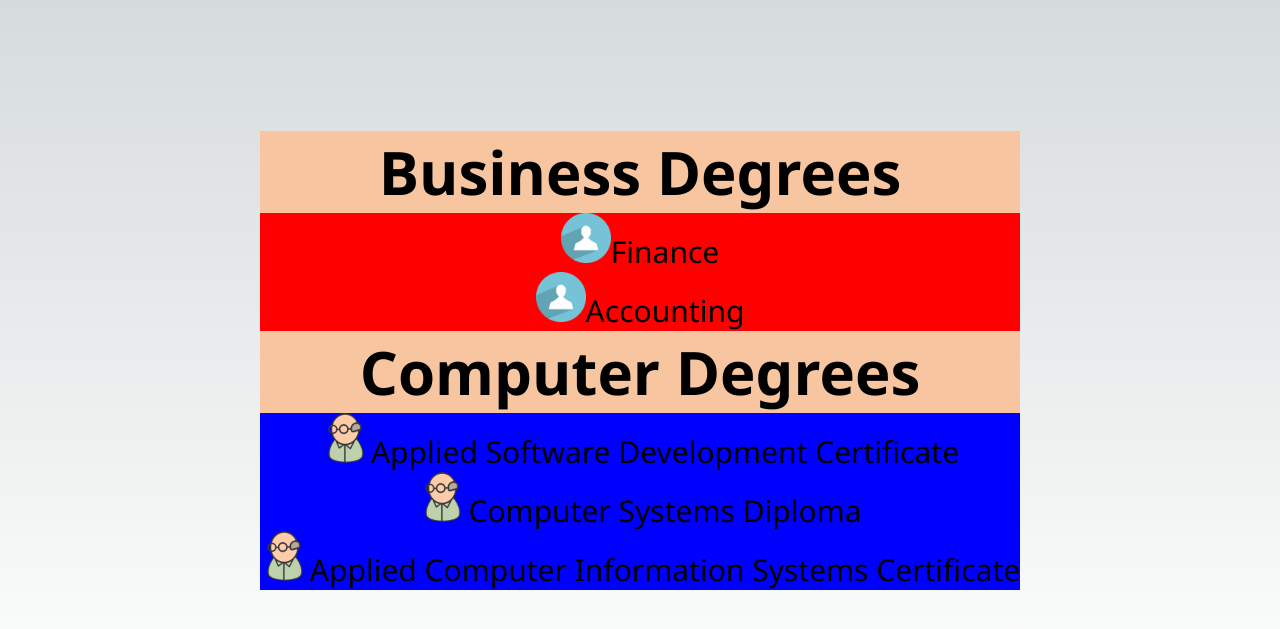
Repository: NeemaToto/mdia2109week3
Page: /
An editor plug-in stored every save of this project. The page is shown before and after the next save, followed by the edit.
The browser window is 1280 px wide. The pictures show the whole page.
The project was rebuilt for these pictures with package versions that can differ from the ones it lists, and the page was loaded fresh each time. The framework's server and built-in components were replaced by stand-ins that run in the browser. Also part of the build but not shown: next.config.js.

Above is the page before, as saved 2023-01-19 12:35:23.

### pages/index.js
import Head from 'next/head'
import Image from 'next/image'
import { Inter } from '@next/font/google'
import styles from '@/styles/Home.module.css'
import data from '../data/education.json'
import { useState } from 'react'
import Card from '../components/card'
import Link from 'next/link'

const inter = Inter({ subsets: ['latin'] })

export default function Home() {
  console.log(data);
  const [information, setInformation] = useState([...data]);

  return (
    <>
      <Head>
        <title>Departments of School</title>
        <meta name="description" content="Generated by create next app" />
        <meta name="viewport" content="width=device-width, initial-scale=1" />
        <link rel="icon" href="/degree-icon.png"/>
      </Head>
      <main className={styles.main}>
        <div className={styles.degrees}>
          <h1 className=''>Business Degrees</h1>
          {
            information && information.map((info, index) => {
              if (info.department === "Business") {
                return (
                  <Card key={index} degree={info.degree} colour="red" font="30px" />
                )
              }
            })
          }
          <h1>Computer Degrees</h1>
          {
            information && information.map((info, index) => {
              if (info.department === "Computing") {
                return (
                  <Card key={index} degree={info.degree} colour="blue" font="30px" />
                )
              }
            })
          }
        </div>
      </main>
    </>
  )
}

### styles/globals.css
:root {
  --max-width: 1100px;
  --border-radius: 12px;
  --font-mono: ui-monospace, Menlo, Monaco, 'Cascadia Mono', 'Segoe UI Mono',
    'Roboto Mono', 'Oxygen Mono', 'Ubuntu Monospace', 'Source Code Pro',
    'Fira Mono', 'Droid Sans Mono', 'Courier New', monospace;

  --foreground-rgb: 0, 0, 0;
  --background-start-rgb: 214, 219, 220;
  --background-end-rgb: 255, 255, 255;

  --primary-glow: conic-gradient(
    from 180deg at 50% 50%,
    #16abff33 0deg,
    #0885ff33 55deg,
    #54d6ff33 120deg,
    #0071ff33 160deg,
    transparent 360deg
  );
  --secondary-glow: radial-gradient(
    rgba(255, 255, 255, 1),
    rgba(255, 255, 255, 0)
  );

  --tile-start-rgb: 239, 245, 249;
  --tile-end-rgb: 228, 232, 233;
  --tile-border: conic-gradient(
    #00000080,
    #00000040,
    #00000030,
    #00000020,
    #00000010,
    #00000010,
    #00000080
  );

  --callout-rgb: 238, 240, 241;
  --callout-border-rgb: 172, 175, 176;
  --card-rgb: 180, 185, 188;
  --card-border-rgb: 131, 134, 135;
}

@media (prefers-color-scheme: dark) {
  :root {
    --foreground-rgb: 255, 255, 255;
    --background-start-rgb: 0, 0, 0;
    --background-end-rgb: 0, 0, 0;

    --primary-glow: radial-gradient(rgba(1, 65, 255, 0.4), rgba(1, 65, 255, 0));
    --secondary-glow: linear-gradient(
      to bottom right,
      rgba(1, 65, 255, 0),
      rgba(1, 65, 255, 0),
      rgba(1, 65, 255, 0.3)
    );

    --tile-start-rgb: 2, 13, 46;
    --tile-end-rgb: 2, 5, 19;
    --tile-border: conic-gradient(
      #ffffff80,
      #ffffff40,
      #ffffff30,
      #ffffff20,
      #ffffff10,
      #ffffff10,
      #ffffff80
    );

    --callout-rgb: 20, 20, 20;
    --callout-border-rgb: 108, 108, 108;
    --card-rgb: 100, 100, 100;
    --card-border-rgb: 200, 200, 200;
  }
}

* {
  box-sizing: border-box;
  padding: 0;
  margin: 0;
}

html,
body {
  max-width: 100vw;
  overflow-x: hidden;
}

body {
  color: rgb(var(--foreground-rgb));
  background: linear-gradient(
      to bottom,
      transparent,
      rgb(var(--background-end-rgb))
    )
    rgb(var(--background-start-rgb));
}

a {
  color: inherit;
  text-decoration: none;
}

@media (prefers-color-scheme: dark) {
  html {
    color-scheme: dark;
  }
}


.degrees{
  font-size: 10000px;
}

### styles/Home.module.css
.main {
  display: flex;
  flex-direction: row;
  justify-content: center;
  align-items: center;
  padding: 6rem;
  min-height: 100vh;
  background-color: #efffded;
}

.description {
  display: inherit;
  justify-content: inherit;
  align-items: inherit;
  font-size: 0.85rem;
  max-width: var(--max-width);
  width: 100%;
  z-index: 2;
  font-family: var(--font-mono);
}

.description a {
  display: flex;
  justify-content: center;
  align-items: center;
  gap: 0.5rem;
}

.description p {
  position: relative;
  margin: 0;
  padding: 1rem;
  background-color: rgba(var(--callout-rgb), 0.5);
  border: 1px solid rgba(var(--callout-border-rgb), 0.3);
  border-radius: var(--border-radius);
}

.code {
  font-weight: 700;
  font-family: var(--font-mono);
}

.grid {
  display: grid;
  grid-template-columns: repeat(4, minmax(25%, auto));
  width: var(--max-width);
  max-width: 100%;
}

.card {
  padding: 1rem 1.2rem;
  border-radius: var(--border-radius);
  background: rgba(var(--card-rgb), 0);
  border: 1px solid rgba(var(--card-border-rgb), 0);
  transition: background 200ms, border 200ms;
}

.card span {
  display: inline-block;
  transition: transform 200ms;
}

.card h2 {
  font-weight: 600;
  margin-bottom: 0.7rem;
}

.card p {
  margin: 0;
  opacity: 0.6;
  font-size: 0.9rem;
  line-height: 1.5;
  max-width: 30ch;
}

.center {
  display: flex;
  justify-content: center;
  align-items: center;
  position: relative;
  padding: 4rem 0;
}

.center::before {
  background: var(--secondary-glow);
  border-radius: 50%;
  width: 480px;
  height: 360px;
  margin-left: -400px;
}

.center::after {
  background: var(--primary-glow);
  width: 240px;
  height: 180px;
  z-index: -1;
}

.center::before,
.center::after {
  content: '';
  left: 50%;
  position: absolute;
  filter: blur(45px);
  transform: translateZ(0);
}

.logo,
.thirteen {
  position: relative;
}

.thirteen {
  display: flex;
  justify-content: center;
  align-items: center;
  width: 75px;
  height: 75px;
  padding: 25px 10px;
  margin-left: 16px;
  transform: translateZ(0);
  border-radius: var(--border-radius);
  overflow: hidden;
  box-shadow: 0px 2px 8px -1px #0000001a;
}

.thirteen::before,
.thirteen::after {
  content: '';
  position: absolute;
  z-index: -1;
}

/* Conic Gradient Animation */
.thirteen::before {
  animation: 6s rotate linear infinite;
  width: 200%;
  height: 200%;
  background: var(--tile-border);
}

/* Inner Square */
.thirteen::after {
  inset: 0;
  padding: 1px;
  border-radius: var(--border-radius);
  background: linear-gradient(
    to bottom right,
    rgba(var(--tile-start-rgb), 1),
    rgba(var(--tile-end-rgb), 1)
  );
  background-clip: content-box;
}

/* Enable hover only on non-touch devices */
@media (hover: hover) and (pointer: fine) {
  .card:hover {
    background: rgba(var(--card-rgb), 0.1);
    border: 1px solid rgba(var(--card-border-rgb), 0.15);
  }

  .card:hover span {
    transform: translateX(4px);
  }
}

@media (prefers-reduced-motion) {
  .thirteen::before {
    animation: none;
  }

  .card:hover span {
    transform: none;
  }
}

/* Mobile */
@media (max-width: 700px) {
  .content {
    padding: 4rem;
  }

  .grid {
    grid-template-columns: 1fr;
    margin-bottom: 120px;
    max-width: 320px;
    text-align: center;
  }

  .card {
    padding: 1rem 2.5rem;
  }

  .card h2 {
    margin-bottom: 0.5rem;
  }

  .center {
    padding: 8rem 0 6rem;
  }

  .center::before {
    transform: none;
    height: 300px;
  }

  .description {
    font-size: 0.8rem;
  }

  .description a {
    padding: 1rem;
  }

  .description p,
  .description div {
    display: flex;
    justify-content: center;
    position: fixed;
    width: 100%;
  }

  .description p {
    align-items: center;
    inset: 0 0 auto;
    padding: 2rem 1rem 1.4rem;
    border-radius: 0;
    border: none;
    border-bottom: 1px solid rgba(var(--callout-border-rgb), 0.25);
    background: linear-gradient(
      to bottom,
      rgba(var(--background-start-rgb), 1),
      rgba(var(--callout-rgb), 0.5)
    );
    background-clip: padding-box;
    backdrop-filter: blur(24px);
  }

  .description div {
    align-items: flex-end;
    pointer-events: none;
    inset: auto 0 0;
    padding: 2rem;
    height: 200px;
    background: linear-gradient(
      to bottom,
      transparent 0%,
      rgb(var(--background-end-rgb)) 40%
    );
    z-index: 1;
  }
}

/* Tablet and Smaller Desktop */
@media (min-width: 701px) and (max-width: 1120px) {
  .grid {
    grid-template-columns: repeat(2, 50%);
  }
}

@media (prefers-color-scheme: dark) {
  .vercelLogo {
    filter: invert(1);
  }

  .logo,
  .thirteen img {
    filter: invert(1) drop-shadow(0 0 0.3rem #ffffff70);
  }
}

@keyframes rotate {
  from {
    transform: rotate(360deg);
  }
  to {
    transform: rotate(0deg);
  }
}

.degrees{
  font-size: 30px;
  text-align: center;
  font-family: 'Segoe UI', Tahoma, Geneva, Verdana, sans-serif;
  background-color: #f7c59f;
}

.degrees > h1{

}

### data/education.json
[
        {
            "studentNumber": "A0004567",
            "firstName": "Person 1",
            "gpa": 3.8,
            "department": "Business",
            "degree": "Finance",
            "graduted": 2014
        },
        {
            "studentNumber": "A0001234",
            "firstName": "Person 2",
            "gpa": 3.5,
            "department": "Business",
            "degree": "Accounting",
            "graduted": 2010
        },
        {
            "studentNumber": "A0007890",
            "firstName": "Person 3",
            "gpa": 3.2,
            "department": "Computing",
            "degree": "Applied Software Development Certificate",
            "graduted": 2018
        },
        {
            "studentNumber": "A0007828",
            "firstName": "Person 4",
            "gpa": 3.9,
            "department": "Computing",
            "degree": "Computer Systems Diploma",
            "graduted": 2021
        },
        {
            "studentNumber": "A0003425",
            "firstName": "Person 5",
            "gpa": 3.2,
            "department": "Computing",
            "degree": "Applied Computer Information Systems Certificate",
            "graduted": 2021
        }
]

### components/card/index.js
export default function Card({
    degree = "none",
    colour = "purple",
    font = 0,
    image = 'icon/personTwo.png'
}){
    return(
        <div style={{backgroundColor: colour, fontSize: font}}>
            {
                colour === "red" ? <img src={'icon/person.png'} width="50"/> :
                colour === "blue" ? <img src={'icon/personThree.png'} width="50"/> :
                                    <img src={image} width="50"/>
            }
            {degree}
        </div>
    )
}

Loaded but not shown: pages/_app.js (common file); pages/_document.js (common file)

After the next save:
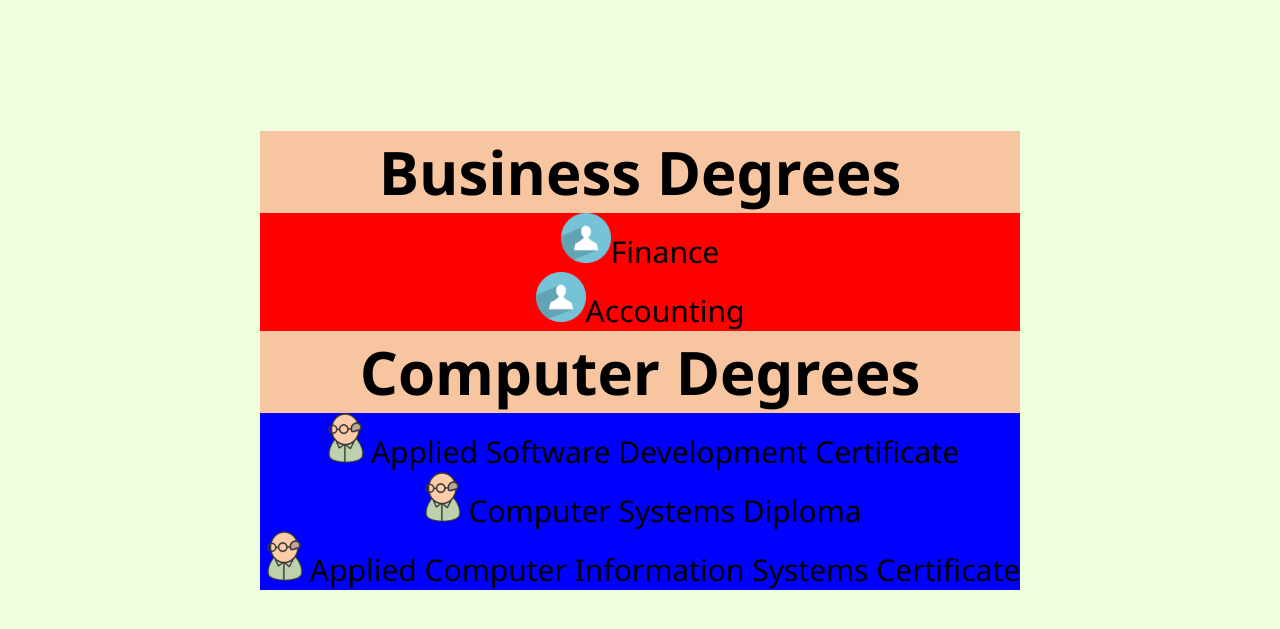
Saved 5 s later.
--- a/styles/Home.module.css
+++ b/styles/Home.module.css
@@ -5,7 +5,7 @@
   align-items: center;
   padding: 6rem;
   min-height: 100vh;
-  background-color: #efffded;
+  background-color: #efffde;
 }
 
 .description {
